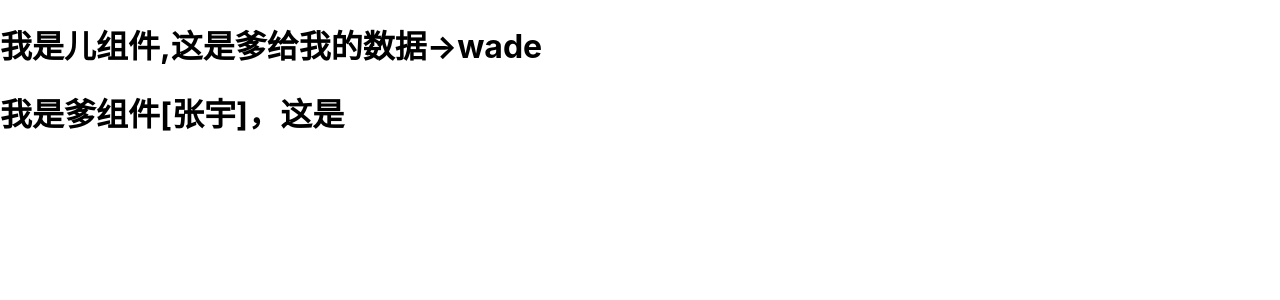
Repository: ZhangCoder0812/zf-react-project
Page: /
An editor plug-in stored every save of this project. The page is shown before and after the next save, followed by the edit.
The browser window is 1280 px wide. The pictures show the whole page.
The project was rebuilt for these pictures with package versions that can differ from the ones it lists, and the page was loaded fresh each time.

Above is the page before, as saved 2021-05-17 10:56:50.

After the next save:
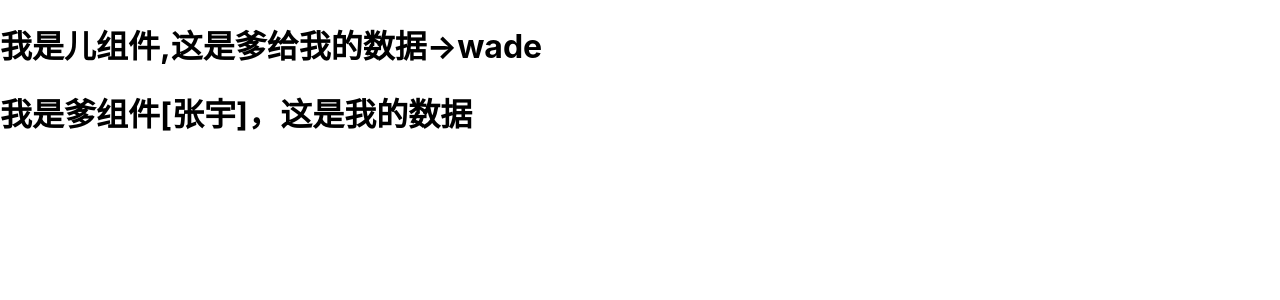
Saved 4 s later.
--- a/src/App.js
+++ b/src/App.js
@@ -10,7 +10,7 @@ class App extends React.Component {
         return (
             <div>
                 <Child data={name} />
-                <h1>我是爹组件[张宇]，这是</h1>
+                <h1>我是爹组件[张宇]，这是我的数据</h1>
             </div>
         );
     }
